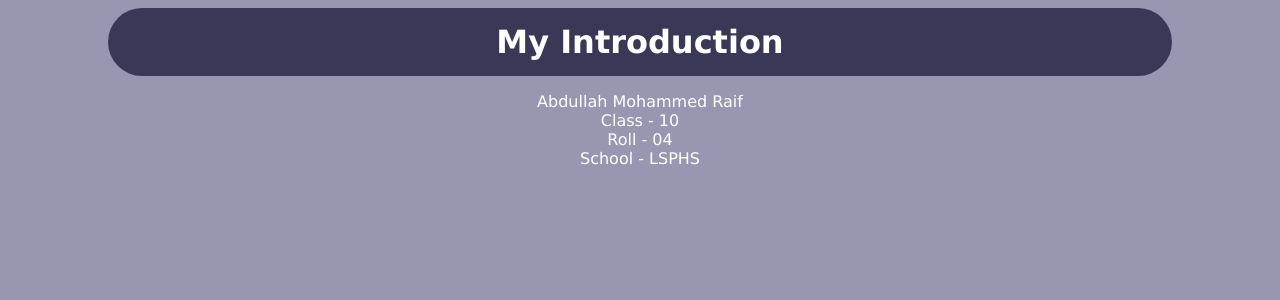
Repository: Raif-007/Portfolio
Page: index.html
These files come from the project's save history. The page is drawn as it stood at one moment and after the next save; the edit follows.
The browser window is 1280 px wide. The pictures show the whole page.

Above is the page before, as saved 2021-07-05 17:12:15.

### index.html
<!DOCTYPE html>
<html lang="en">

<head>
    <meta charset="UTF-8">
    <meta http-equiv="X-UA-Compatible" content="IE=edge">
    <meta name="viewport" content="width=device-width, initial-scale=1.0">
    <title>Portfolio</title>
    <link rel="stylesheet" href="styles.css">
</head>

<body>

    <h1>
        My Introduction
    </h1>
    <p>

        Abdullah Mohammed Raif
        <br> Class - 10
        <br> Roll - 04
        <br> School - LSPHS



    </p>
</body>

</html>

### styles.css
body {
    background-color: rgba(54, 54, 105, 0.514);
    color: #ffffff;
    font-family: Verdana, Geneva, Tahoma, sans-serif;
    text-align: center;
}

h1 {
    background-color: rgba(25, 25, 56, 0.74);
    padding: 15px;
    margin: 0px 100px;
    border-radius: 50px;
}

span {
    font-size: 20px;
    border: 4px solid rgba(25, 25, 56, 0.568);
}

After the next save:
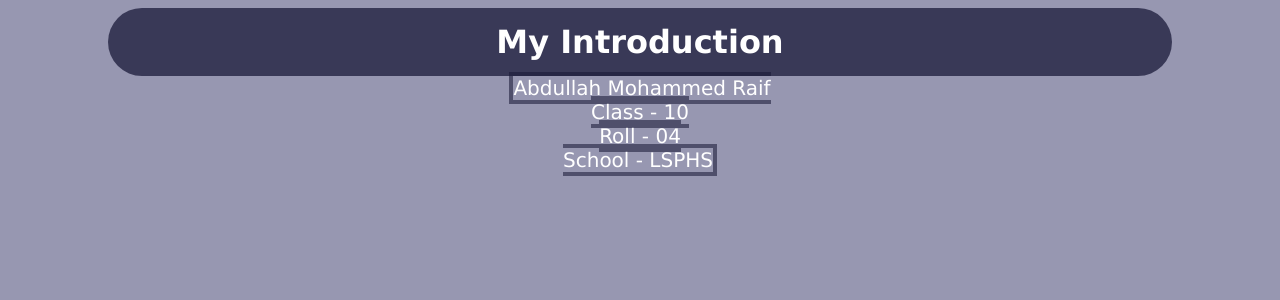
Saved 8 s later.
--- a/index.html
+++ b/index.html
@@ -14,7 +14,7 @@
     <h1>
         My Introduction
     </h1>
-    <p>
+    <span>
 
         Abdullah Mohammed Raif
         <br> Class - 10
@@ -23,7 +23,7 @@
 
 
 
-    </p>
+    </span>
 </body>
 
 </html>
